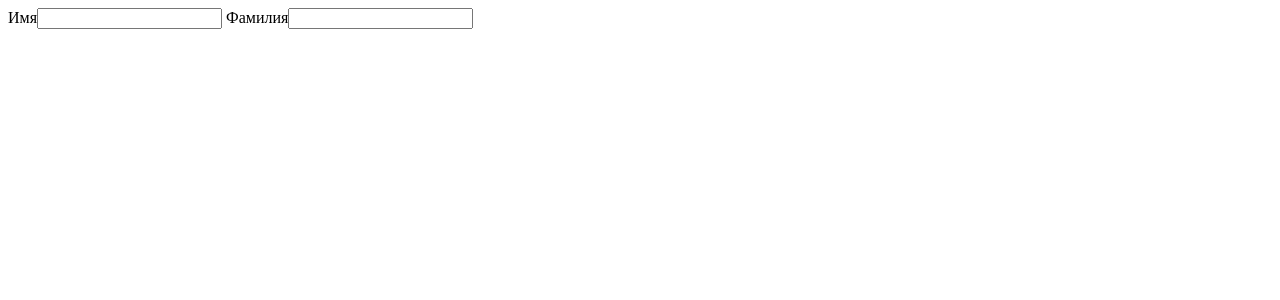
Repository: Marat1988/ExampleProgrammingLanguage
Page: Java/JavaEE/WebApp/src/main/webapp/NewFile.html
The author's editor kept a copy of each file at every save. The page is drawn from the files as they stood at one save, then again after the next save.
The browser window is 1280 px wide. The pictures show the whole page.

Above is the page before, as saved 2023-08-16 11:13:13.

### Java/JavaEE/WebApp/src/main/webapp/NewFile.html
<!DOCTYPE html>
<html>
<head>
<meta charset="UTF-8">
<title>My title</title>
</head>
<body>
	<form action="MyServlet">
		Имя<input type="text" name="firstName">
		Фамилия<input type="text" name="secondName">
	</form>
</body>
</html>

After the next save:
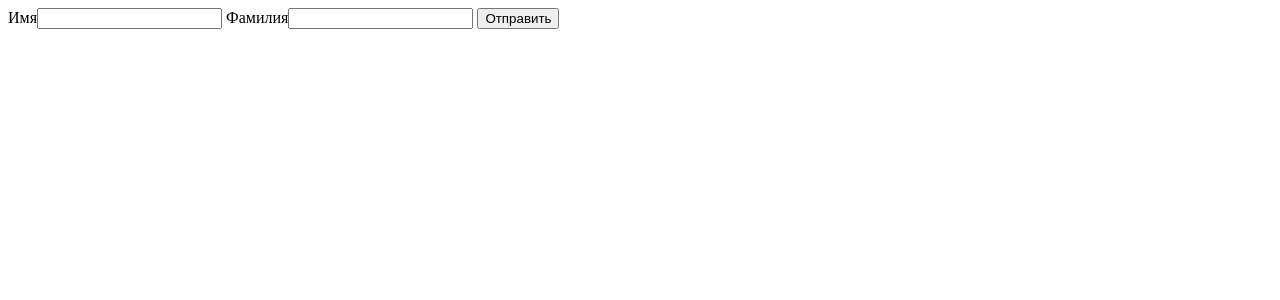
Saved 35 s later.
--- a/Java/JavaEE/WebApp/src/main/webapp/NewFile.html
+++ b/Java/JavaEE/WebApp/src/main/webapp/NewFile.html
@@ -8,6 +8,7 @@
 	<form action="MyServlet">
 		Имя<input type="text" name="firstName">
 		Фамилия<input type="text" name="secondName">
+		<input type="submit" value="Отправить">
 	</form>
 </body>
 </html>
